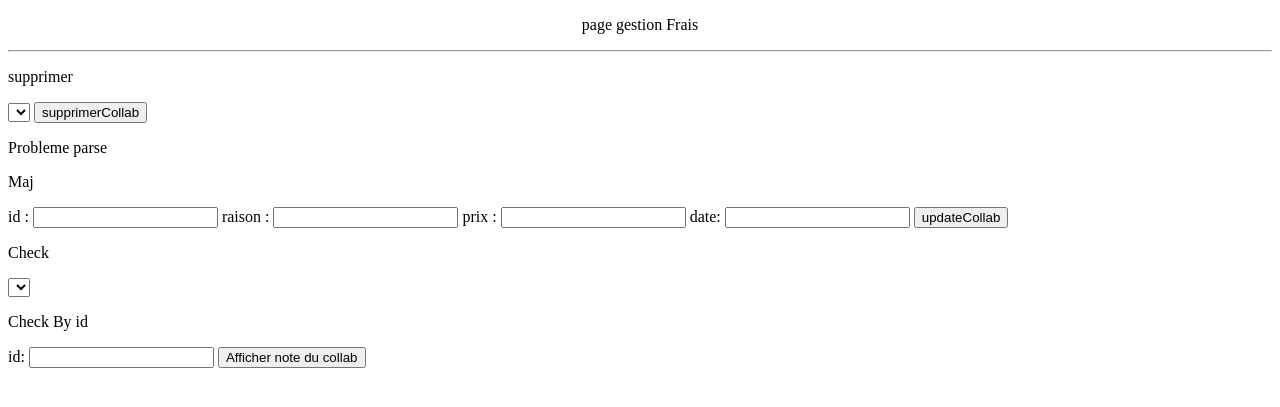
Repository: Shakibaei-2020/CRA_JEE_FINAL
Page: http://localhost/jee_crainfocom/ControleAdminGestionFrais
These files come from the project's save history. The page is drawn as it stood at one moment and after the next save; the edit follows.
The browser window is 1280 px wide. The pictures show the whole page.
The page is served by Tomcat 9. Other server files are loaded and not shown. Queries for data that is not in the repository find no rows.

Above is the page before, as saved 2021-04-08 13:37:56.

### CRA_JEE_FINAL/jee_crainfocom/src/main/webapp/WEB-INF/PageAdminGestionFrais.jsp
<%@ page pageEncoding="UTF-8" %>
<%@ taglib uri="http://java.sun.com/jsp/jstl/core" prefix="c" %>
<!DOCTYPE html>
<html>
<head>
<meta charset="ISO-8859-1">
<title>Insert title here</title>
</head>
<body>
<center><p>page gestion Frais</p></center>
<hr>
<!-- ************************************************************************ -->

<p>supprimer</p>
<form method="post" action=ControleAdminGestionFrais>
	<select name="saisiRaison" id="saisiRaison" >
     	<c:forEach items="${ tabRaisonFrais }" var="tabRaisonFrais" varStatus="status">
        <p><option><c:out  value="${tabRaisonFrais}"></option></c:out ></p>
		</c:forEach>
	</select>
<input type="submit" name="button_clicked" value="supprimerCollab"/>
</form>

<!-- ************************************************************************ -->
<p> Probleme parse </p>
<p>Maj</p>
 <form method="post" action="ControleInterneGestionFrais">

            <label for="idUp">id : </label>
            <input type="text" name="idUp" id="idUp" />

            <label for="raisonUp">raison : </label>
            <input type="text" name="raisonUp" id="raisonUp" />

            <label for="prixUp">prix : </label>
            <input type="text" name="prixUp" id="prixUp" />

            <label for="dateUp">date: </label>
            <input type="text" name="dateUp" id="dateUp" />

            <input type="submit" name="button_clicked"  value="updateCollab" />
</form>
<!-- ************************************************************************ -->

<p>Check</p>

		<select>
     	<c:forEach   items="${ tabNoteDeFrais }" var="tabCollab" varStatus="status">
        <p> <option method="get" action="ControleAdminGestionCollab"  ><c:out value="${tabNoteDeFrais}"></option></c:out ></p>
		</c:forEach>
		</select>

</body>
<!-- ************************************************************************ -->

<p>Check By id</p>

<form method="post" action=ControleAdminGestionFrais>
<label for="idSho">id: </label>
<input type="text" name="button_clicked" name="showCollabFrais" id="idSho" />

<input type="submit" value="Afficher note du collab"/>
		<c:forEach   items="${tabNot}" var="tabNot" varStatus="status">
<p> <option method="post" action="ControleAdminGestionCollab"  ><c:out value="${tabNot}"></option></c:out ></p>
</c:forEach>

</form>


</body>
</html>

### CRA_JEE_FINAL/jee_crainfocom/src/main/java/com/infocom/controller/Collaborateur/ControleAdminGestionFrais.java
package com.infocom.controller.Collaborateur;
import java.io.IOException;
import java.sql.SQLException;
import java.text.ParseException;
import java.text.SimpleDateFormat;
import java.util.ArrayList;
import java.sql.Date;
import java.util.List;
import javax.servlet.ServletException;
import javax.servlet.annotation.WebServlet;
import javax.servlet.http.HttpServlet;
import javax.servlet.http.HttpServletRequest;
import javax.servlet.http.HttpServletResponse;
import com.infocom.model.NoteDeFrais;
import com.infocom.model.DAO.NoteDeFraisDAO;


@WebServlet("/ControleAdminGestionFrais")
public class ControleAdminGestionFrais extends HttpServlet {
	private static final long serialVersionUID = 1L;


    public ControleAdminGestionFrais() {
        super();
    }


	protected void doGet(HttpServletRequest request, HttpServletResponse response) throws ServletException, IOException {

		NoteDeFraisDAO notedefraisDAO = new NoteDeFraisDAO();
		List<NoteDeFrais> tabNoteDeFrais = new ArrayList();

		try {
			tabNoteDeFrais = notedefraisDAO.selectAllFrais();
		} catch (SQLException e) {
		e.printStackTrace();
		}

		request.setAttribute("tabNoteDeFrais",tabNoteDeFrais);
		ArrayList<String> tabRaisonFrais = new ArrayList<String>();
		for (int i = 0; i < tabNoteDeFrais.size(); i++) {
			tabRaisonFrais.add(tabNoteDeFrais.get(i).getRaison());
		}
		request.setAttribute("tabRaisonFrais",tabRaisonFrais);


        this.getServletContext().getRequestDispatcher("/WEB-INF/PageAdminGestionFrais.jsp").forward(request, response);
	}


	protected void doPost(HttpServletRequest request, HttpServletResponse response) throws ServletException, IOException {

		String buttonClicked = request.getParameter("button_clicked");


		if(buttonClicked != null) {
		switch(buttonClicked) {
		case"supprimerFrais":

			String saisiRaison = request.getParameter("saisiRaison");
			request.setAttribute("saisiRaison",saisiRaison);

	         NoteDeFraisDAO noteDeFraisDAO = new NoteDeFraisDAO();

	        try {
	        	noteDeFraisDAO.deleteFrais(saisiRaison);
				this.doGet(request, response);
				return;

			} catch (SQLException e) {
				e.printStackTrace();
			}
	        break;

		case"updateFrais":


	        String idUp = request.getParameter("idUp");
	        int idUpParsed = Integer.parseInt(idUp);

			String raisonUp =request.getParameter("raisonUp");

	        String prixUp = request.getParameter("prixUp");
	        Double prixUpParsed = Double.parseDouble(prixUp);

	        String dateUp = request.getParameter("dateUp");
		        Date date=Date.valueOf(dateUp);
			     NoteDeFrais notedefrais = new NoteDeFrais(idUpParsed,raisonUp,prixUpParsed,date, 2);
			     NoteDeFraisDAO notedefraisDAO = new NoteDeFraisDAO();
			try {
				notedefraisDAO.updateFrais(notedefrais);
			} catch (SQLException e1) {
				e1.printStackTrace();
			}
			break;

		case"showFrais":
	        String idSho = request.getParameter("idSho");
	        int idShoInt = Integer.parseInt(idSho);


			NoteDeFraisDAO notedefraisDAOAffiche = new NoteDeFraisDAO();
			List < NoteDeFrais > tabNot = new ArrayList <NoteDeFrais>();


			try {
				tabNot = notedefraisDAOAffiche.selectFraisCollab(idShoInt);
			} catch (SQLException e) {
			e.printStackTrace();
			}
			request.setAttribute("tabNot",tabNot);
			break;
		}



		}

    	this.doGet(request, response);

        this.getServletContext().getRequestDispatcher("/WEB-INF/PageAdminGestionFrais.jsp").forward(request, response);

	}

}

### CRA_JEE_FINAL/jee_crainfocom/src/main/java/com/infocom/model/DAO/NoteDeFraisDAO.java
package com.infocom.model.DAO;

import java.sql.Connection;
import java.sql.Date;
import java.sql.PreparedStatement;
import java.sql.ResultSet;
import java.sql.SQLException;
import java.util.ArrayList;
import java.util.List;

import com.infocom.model.Collaborateur;
import com.infocom.model.NoteDeFrais;
import com.infocom.model.util.DBUtil;

public class NoteDeFraisDAO {




	private  final String SELECT_FRAIS_BY_IDD = "SELECT nf.id, nf.raison,nf.prix,nf.date FROM notedefrais nf INNER JOIN collaborateur cl ON nf.idColl = cl.id WHERE cl.id = ?;";

	public List < NoteDeFrais > selectFraisCollab(int idColl) throws SQLException{

        List < NoteDeFrais > NoteDeFrais = new ArrayList <NoteDeFrais> ();
        PreparedStatement preparedStatement = null;
      Connection connection = DBUtil.getConnection();

             preparedStatement = connection.prepareStatement(SELECT_FRAIS_BY_IDD);
        	 preparedStatement.setInt(1, idColl);
	         ResultSet rs = (ResultSet) preparedStatement.executeQuery();
            while (rs.next()) {
                int id = rs.getInt("id");
                String raison = rs.getString("raison");
                int prix = rs.getInt("prix");
                Date date = rs.getDate("date");

                NoteDeFrais.add(new NoteDeFrais(id, raison, prix, date,idColl));

            }

        preparedStatement.close();
        return NoteDeFrais;
    }

	private  final String INSERT_FRAIS_SQL = "INSERT INTO notedefrais  (raison, prix, date,idColl) VALUES  (?, ?, ?, ?);";

	  public void insertFrais(NoteDeFrais noteDeFrais) throws SQLException {

		  PreparedStatement preparedStatement = null;
	       Connection connection = DBUtil.getConnection();
	       		preparedStatement = connection.prepareStatement(INSERT_FRAIS_SQL);
	            preparedStatement.setString(1, noteDeFrais.getRaison());
	            preparedStatement.setDouble(2, noteDeFrais.getPrix());
	            preparedStatement.setDate(3, (Date) noteDeFrais.getDate());
	            preparedStatement.setInt(4, noteDeFrais.getIdColl());


	            preparedStatement.executeUpdate();
	            preparedStatement.close();

	    }


		private final String SELECT_ALL_FRAIS = "SELECT * FROM notedefrais ";

		public List<NoteDeFrais> selectAllFrais() throws SQLException {
			List<NoteDeFrais> noteDeFrais = new ArrayList<NoteDeFrais>();

			PreparedStatement preparedStatement = null ;
			Connection connection = DBUtil.getConnection();
			preparedStatement = connection.prepareStatement(SELECT_ALL_FRAIS);
			ResultSet rs =  preparedStatement.executeQuery();

			while (rs.next()) {
				int id = rs.getInt("id");
				String raison = rs.getString("raison");
				double prix = rs.getDouble("prix");
				Date date = rs.getDate("date");
				noteDeFrais.add(new NoteDeFrais(id, raison, prix, date, id));
			}
			rs.close();
			preparedStatement.close();
			return noteDeFrais;
		}

		private final String DELETE_FRAIS_SQL = "DELETE FROM notedefrais WHERE raison = ?;";

		public boolean deleteFrais(String raison) throws SQLException {
			boolean rowDeleted;
			PreparedStatement preparedStatement = null;
			Connection connection = DBUtil.getConnection();
			 preparedStatement = connection.prepareStatement(DELETE_FRAIS_SQL);
			 preparedStatement.setString(1, raison);
			rowDeleted = preparedStatement.executeUpdate() > 0;

			preparedStatement.close();
			return rowDeleted;
		}

		private final String UPDATE_FRAIS_SQL = "UPDATE collaborateur SET raison = ?,prix =? ,date =? WHERE id = ?;";

		public boolean updateFrais(NoteDeFrais noteDeFrais) throws SQLException {
			boolean rowUpdated;
			PreparedStatement preparedStatement = null;
			Connection connection = DBUtil.getConnection();
			preparedStatement = connection.prepareStatement(UPDATE_FRAIS_SQL);
			preparedStatement.setString(1, noteDeFrais.getRaison());
			preparedStatement.setDouble(2, noteDeFrais.getPrix());
			preparedStatement.setDate(3, (Date) noteDeFrais.getDate());
			preparedStatement.setInt(4, noteDeFrais.getId());
			rowUpdated = preparedStatement.executeUpdate() > 0;

			preparedStatement.close();
			return rowUpdated;

		}


}

### CRA_JEE_FINAL/jee_crainfocom/src/main/java/com/infocom/model/util/DBUtil.java
package com.infocom.model.util;

import java.sql.Connection;

import java.sql.DriverManager;
import java.sql.SQLException;
import java.sql.Driver;


public class DBUtil {
	private static final String DB_DRIVER_CLASS="com.mysql.jdbc.Driver";
	private static final String DB_USERNAME="root";
	private static final String DB_PASSWORD="";
	private static final String DB_URL ="jdbc:mysql://localhost:3306/crajeefinal";

	private static Connection connection = null;


	static{
		try {
			Class.forName(DB_DRIVER_CLASS);
			connection = DriverManager.getConnection(DB_URL, DB_USERNAME, DB_PASSWORD);
		} catch (ClassNotFoundException | SQLException e) {
			e.printStackTrace();
		}
	}

	public static Connection getConnection(){
		return connection;
	}
}

After the next save:
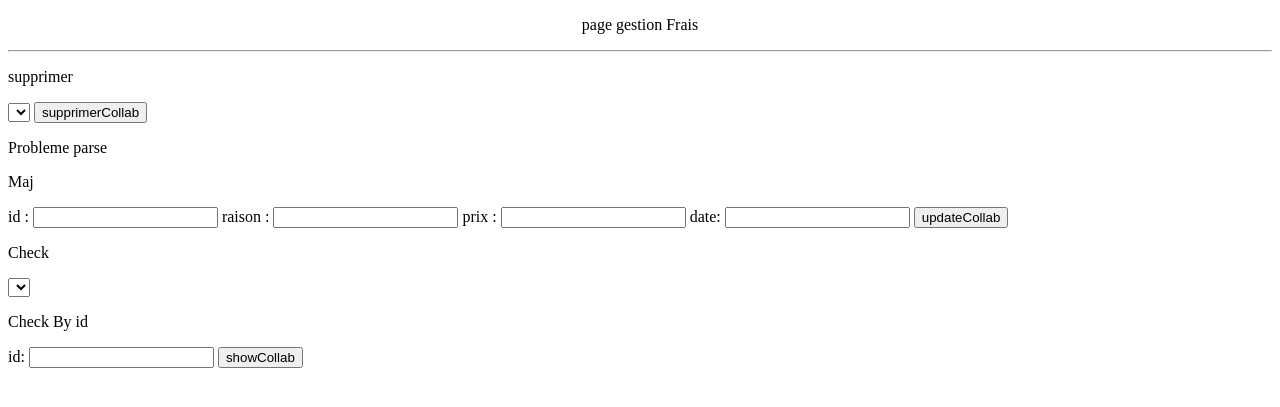
Saved 7 min 38 s later.
--- a/CRA_JEE_FINAL/jee_crainfocom/src/main/webapp/WEB-INF/PageAdminGestionFrais.jsp
+++ b/CRA_JEE_FINAL/jee_crainfocom/src/main/webapp/WEB-INF/PageAdminGestionFrais.jsp
@@ -57,9 +57,9 @@
 
 <form method="post" action=ControleAdminGestionFrais>
 <label for="idSho">id: </label>
-<input type="text" name="button_clicked" name="showCollabFrais" id="idSho" />
+<input type="text"  name="showCollabFrais" id="idSho" />
 
-<input type="submit" value="Afficher note du collab"/>
+<input type="submit" name="button_clicked" value="showCollab"/>
 		<c:forEach   items="${tabNot}" var="tabNot" varStatus="status">
 <p> <option method="post" action="ControleAdminGestionCollab"  ><c:out value="${tabNot}"></option></c:out ></p>
 </c:forEach>
